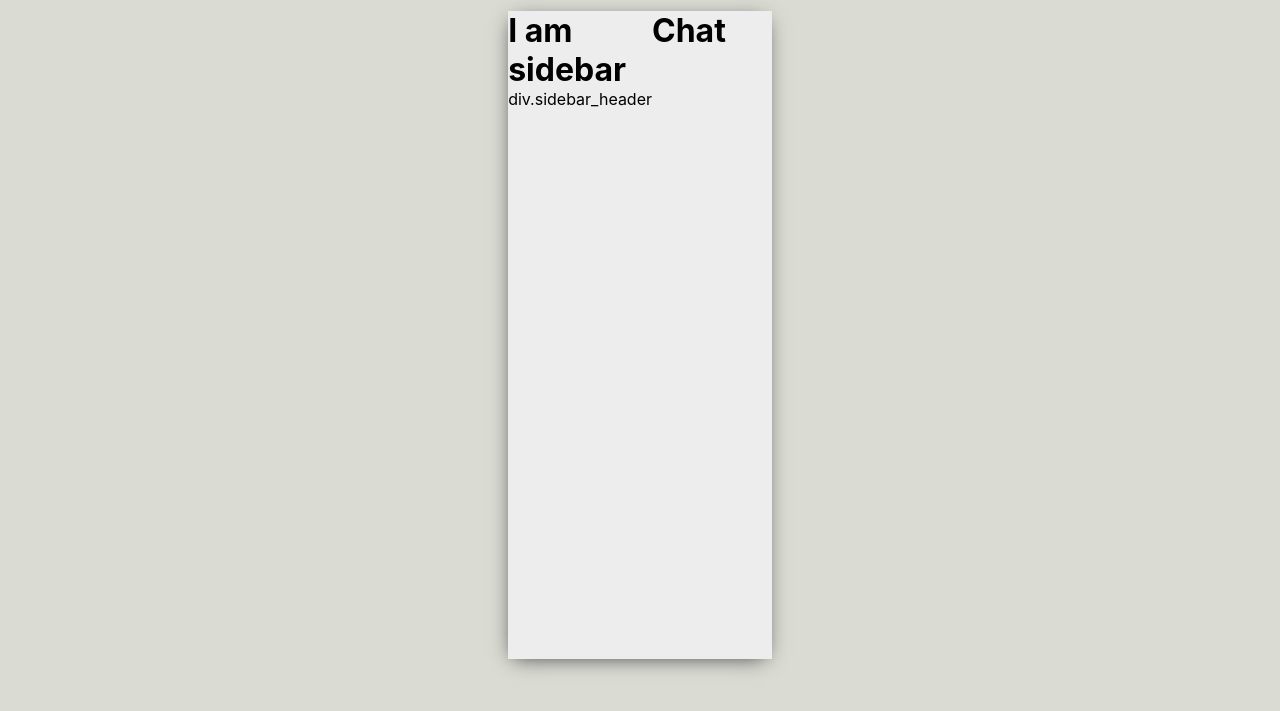
Repository: nadavmza/whatsapp-mern
Page: /
An editor plug-in stored every save of this project. The page is shown before and after the next save, followed by the edit.
The browser window is 1280 px wide. The pictures show the whole page.
The project was rebuilt for these pictures with package versions that can differ from the ones it lists, and the page was loaded fresh each time. Also part of the build but not shown: src/Chat.css.

Above is the page before, as saved 2021-12-21 23:52:18.

### src/App.js
import './App.css';
import Chat from './Chat';
import Sidebar from './Sidebar';
import React from "react";

function App() {
  return (

    <div className="app">
      <div className="app_body">
        <Sidebar/>
         <Chat/>
      </div>
    </div>
  );
}

export default App;

### src/App.css
.app{
  display:grid;
  place-items: center;
  height: 100vh;
  background-color:#dadbd3;
}


.app_body{
  display:flex;
  background-color: #ededed;
  margin-top: -50px;
  height: 90vh;
  width:vw;
  box-shadow: -1px 4px 20px -6px rgba(0,0,0,0.75);
}

### src/Chat.js
import React from 'react'
import './Chat.css';

function Chat() {
    return (
        <div>
            <h1>Chat</h1>
        </div>
    )
}

export default Chat

### src/Sidebar.js
import React from 'react'
import "./Sidebar.css"

function Sidebar() {
    return (
        <div className='sidebar'>
            <h1>I am sidebar</h1>
            <div className="sidebar_header">
                div.sidebar_header
            </div>
        </div>
    )
}

export default Sidebar

### src/Sidebar.css
.sidebar{
    display:flex;
    flex-direction: column;
    flex:0.35;


    /* flex:0.35 means that Chat component take 35 precent
    of the screen */
}

Loaded but not shown: public/index.html (common file); src/index.js (common file); src/index.css (common file); src/reportWebVitals.js (common file)

After the next save:
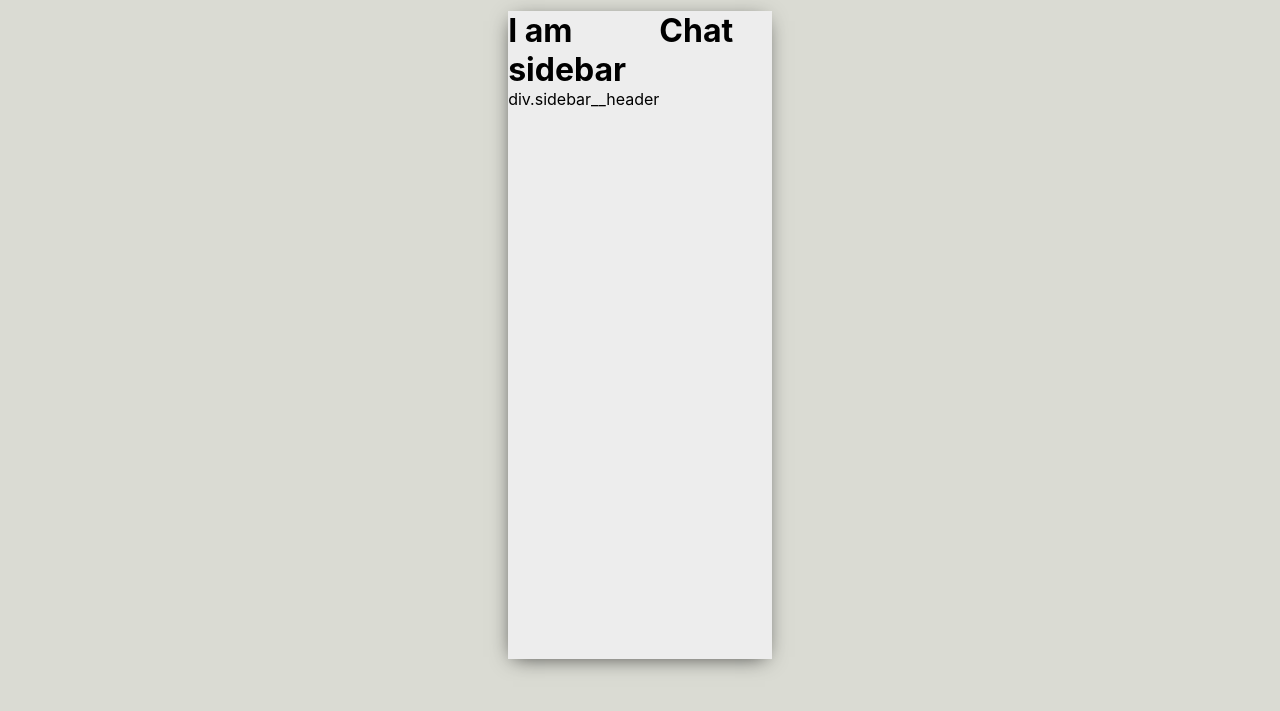
Saved 8 s later.
--- a/src/Sidebar.js
+++ b/src/Sidebar.js
@@ -6,7 +6,7 @@ function Sidebar() {
         <div className='sidebar'>
             <h1>I am sidebar</h1>
             <div className="sidebar_header">
-                div.sidebar_header
+                div.sidebar__header
             </div>
         </div>
     )
